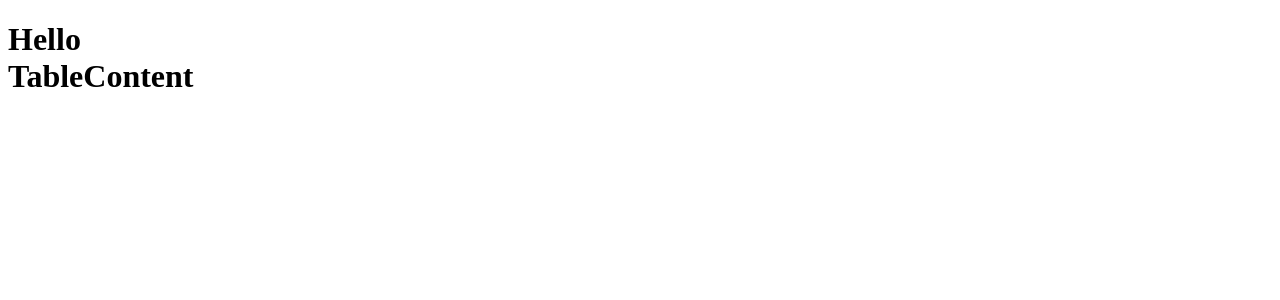
Repository: supakorn5039-boon/React-s
Page: /
The author's editor kept a copy of each file at every save. The page is drawn from the files as they stood at one save, then again after a run of saves.
The browser window is 1280 px wide. The pictures show the whole page.
The project was rebuilt for these pictures with package versions that can differ from the ones it lists, and the page was loaded fresh each time. Also part of the build but not shown: vite.config.js.

Above is the page before, as saved 2024-01-08 23:43:59.

After the next 5 saves:
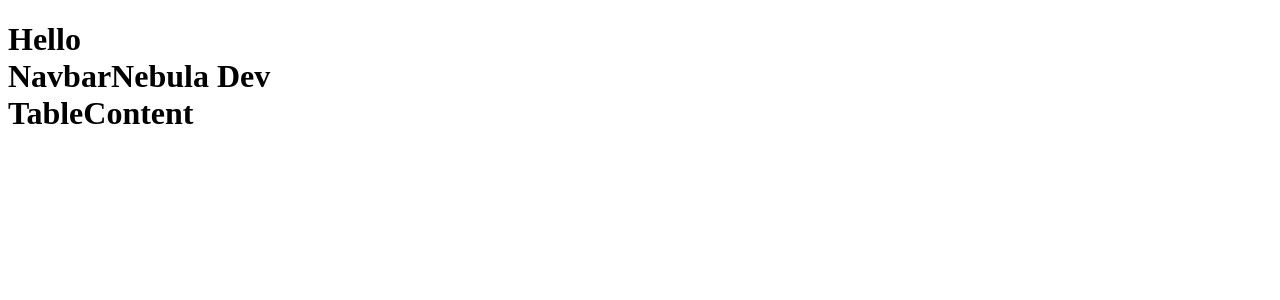
The 5 saves are shown as one change because they came seconds apart.
The last was saved 12 s later.
--- a/src/components/Navbar.jsx
+++ b/src/components/Navbar.jsx
@@ -3,7 +3,10 @@
 const Navbar = (props) => {
   return (
     <>
-
+      <div>
+        Navbar
+        {props.text}
+      </div>
     </>
   )
 }
